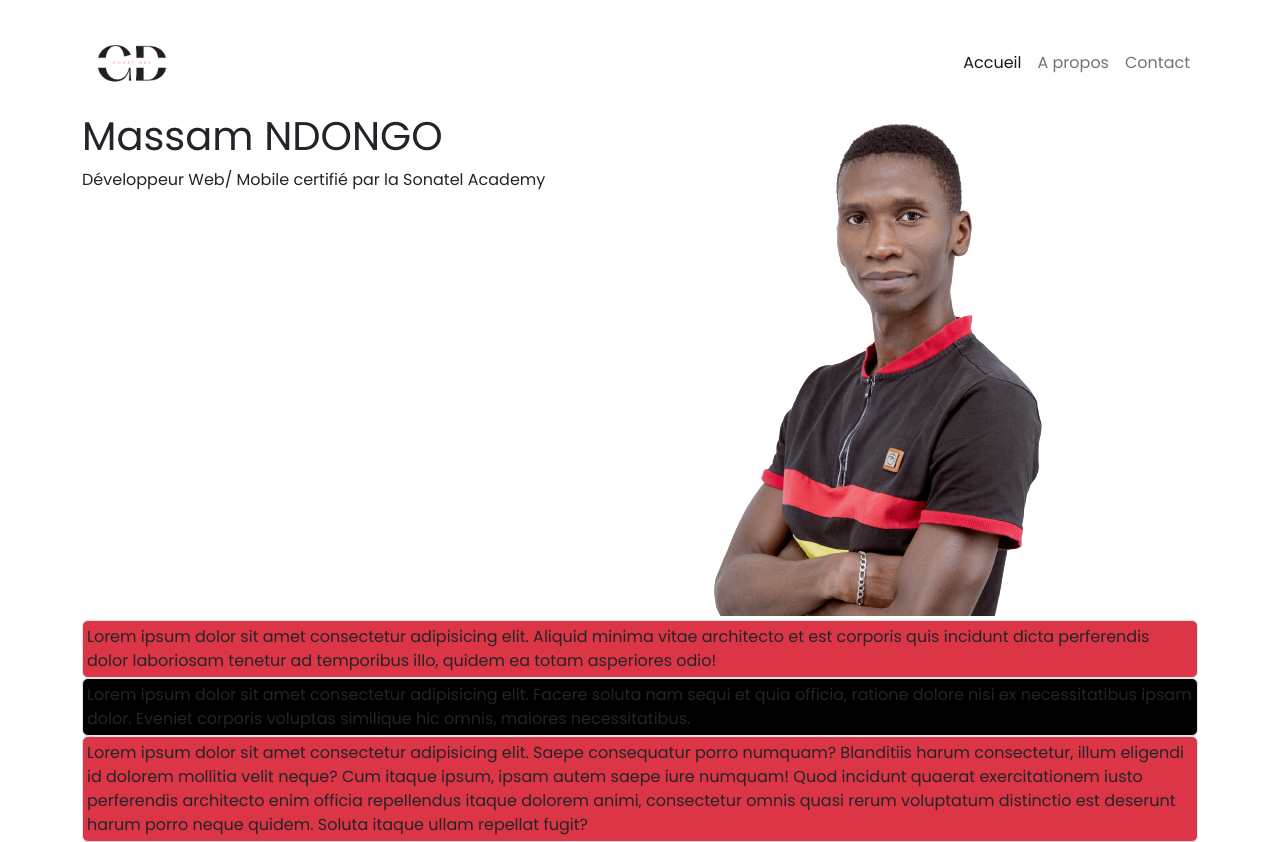
Repository: massndongo/portfolio1
Page: index.html
These files come from the project's save history. The page is drawn as it stood at one moment and after the next save; the edit follows.
The browser window is 1280 px wide. The pictures show the whole page.

Above is the page before, as saved 2023-05-29 17:51:11.

### index.html
<!DOCTYPE html>
<html>
<head>
    <meta charset='utf-8'>
    <meta http-equiv='X-UA-Compatible' content='IE=edge'>
    <title>Portfolio Massam NDONGO</title>
    <meta name='viewport' content='width=device-width, initial-scale=1'>
    <link rel="stylesheet" href="https://cdn.jsdelivr.net/npm/bootstrap@5.2.3/dist/css/bootstrap.min.css" integrity="sha384-rbsA2VBKQhggwzxH7pPCaAqO46MgnOM80zW1RWuH61DGLwZJEdK2Kadq2F9CUG65" crossorigin="anonymous">
    <link rel="stylesheet" href="./assets/css/main.css">
</head>
<body>
    <div class="container">

        <!-- navbar -->
        <nav class="navbar navbar-expand-lg bg-body-tertiary container fixed-top">
            <div class="container-fluid">
              <a class="navbar-brand" class="img-thumbnail" href="#"><img class="img-thumbnail border-0" width="100px" height="100px" src="./assets/images/logo.png" alt="" srcset=""></a>
              <button class="navbar-toggler" type="button" data-bs-toggle="collapse" data-bs-target="#navbarText" aria-controls="navbarText" aria-expanded="false" aria-label="Toggle navigation">
                <span class="navbar-toggler-icon"></span>
              </button>
              <div class="collapse navbar-collapse d-flex flex-row justify-content-end" id="navbarText">
                <div>
                    <ul class="navbar-nav me-auto mb-2 mb-lg-0">
                      <li class="nav-item">
                        <a class="nav-link active" aria-current="page" href="#">Accueil</a>
                      </li>
                      <li class="nav-item">
                        <a class="nav-link" href="#propos" onclick="scrollToSection('propos')">A propos</a>
                      </li>
                      <li class="nav-item">
                        <a class="nav-link" href="#contact" onclick="scrollToSection('contact')">Contact</a>
                      </li>
                    </ul>
                </div>
              </div>
            </div>
        </nav>
        <!-- End Navbar -->

        <div class="contenu">

        <div class="propos d-flex rwo flex-row justify-content-center" id="propos">
            <div class="col-lg-6 col-md-12">
                <h1>Massam NDONGO</h1>
                <P>Développeur Web/ Mobile certifié par la Sonatel Academy</P>
            </div>
            <div class="col-lg-6 col-md-12">
                <img src="./assets/images/mass.png" class="img-thumbnail border-0" alt="" srcset="">
            </div>
        </div>

        <div class="skills img-thumbnail bg-danger" id="contact">
            Lorem ipsum dolor sit amet consectetur adipisicing elit. Aliquid minima vitae architecto et est corporis quis incidunt dicta perferendis dolor laboriosam tenetur ad temporibus illo, quidem ea totam asperiores odio!
        </div>

        <div class="projets img-thumbnail bg-black">
            Lorem ipsum dolor sit amet consectetur adipisicing elit. Facere soluta nam sequi et quia officia, ratione dolore nisi ex necessitatibus ipsam dolor. Eveniet corporis voluptas similique hic omnis, maiores necessitatibus.
        </div>

        <div class="contact img-thumbnail bg-danger">
            Lorem ipsum dolor sit amet consectetur adipisicing elit. Saepe consequatur porro numquam? Blanditiis harum consectetur, illum eligendi id dolorem mollitia velit neque? Cum itaque ipsum, ipsam autem saepe iure numquam!
            Quod incidunt quaerat exercitationem iusto perferendis architecto enim officia repellendus itaque dolorem animi, consectetur omnis quasi rerum voluptatum distinctio est deserunt harum porro neque quidem. Soluta itaque ullam repellat fugit?

        </div>
        </div>


        <footer></footer>

    </div>


    <!-- script -->
    <script src="https://cdn.jsdelivr.net/npm/bootstrap@5.2.3/dist/js/bootstrap.min.js" integrity="sha384-cuYeSxntonz0PPNlHhBs68uyIAVpIIOZZ5JqeqvYYIcEL727kskC66kF92t6Xl2V" crossorigin="anonymous"></script>
    <script src="https://cdn.jsdelivr.net/npm/bootstrap@5.2.3/dist/js/bootstrap.bundle.min.js" integrity="sha384-kenU1KFdBIe4zVF0s0G1M5b4hcpxyD9F7jL+jjXkk+Q2h455rYXK/7HAuoJl+0I4" crossorigin="anonymous"></script>
    <script src='./assets/js/main.js'></script>
</body>
</html>

### assets/css/main.css
@font-face {
    font-family: 'Poppins Regular';
    src: url('../fonts/poppins/Poppins-Regular.ttf') format('truetype');
  }

  /* Utilisation de la police */
  body {
    font-family: 'Poppins Regular', sans-serif;
  }

.contenu {
    margin-top: 10%;
}

### assets/js/main.js
  // Sélectionnez tous les liens de la navbar avec la classe "nav-link"
  var navLinks = document.querySelectorAll('.nav-link');

  // Parcourez tous les liens et ajoutez un gestionnaire d'événement pour le clic
  navLinks.forEach(function(link) {
    link.addEventListener('click', function(event) {
      event.preventDefault(); // Empêche le comportement par défaut du navigateur
      var target = this.getAttribute('href'); // Récupère l'attribut href du lien
      scrollToSection(target); // Appelle la fonction de défilement vers la section cible
    });
  });

  // Fonction pour déplacer l'utilisateur vers une section spécifique
  function scrollToSection(sectionId) {
    var section = document.querySelector(sectionId);
    if (section) {
      section.scrollIntoView({ behavior: 'smooth' });
    }
  }

After the next save:
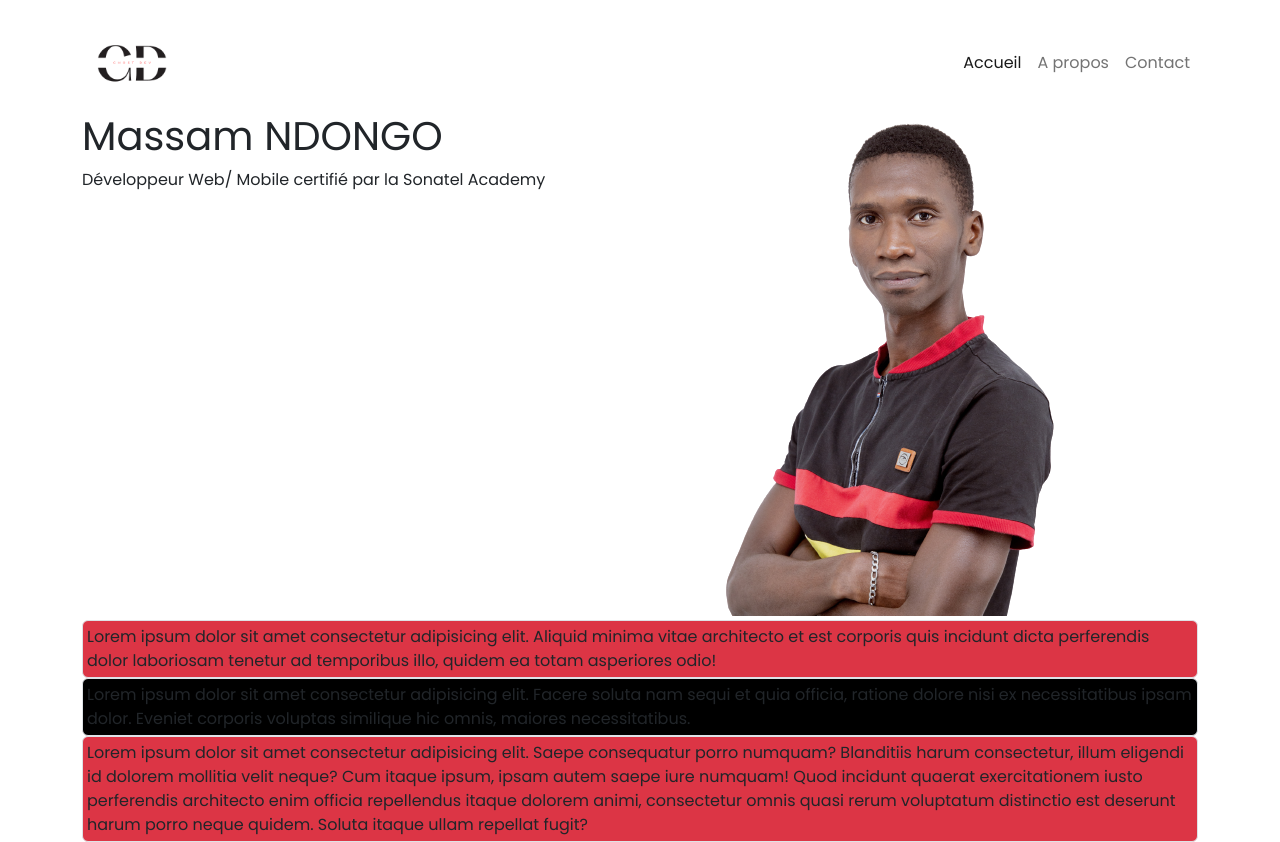
Saved 5 s later.
--- a/index.html
+++ b/index.html
@@ -39,7 +39,7 @@
 
         <div class="contenu">
 
-        <div class="propos d-flex rwo flex-row justify-content-center" id="propos">
+        <div class="propos d-flex row flex-row justify-content-center" id="propos">
             <div class="col-lg-6 col-md-12">
                 <h1>Massam NDONGO</h1>
                 <P>Développeur Web/ Mobile certifié par la Sonatel Academy</P>
